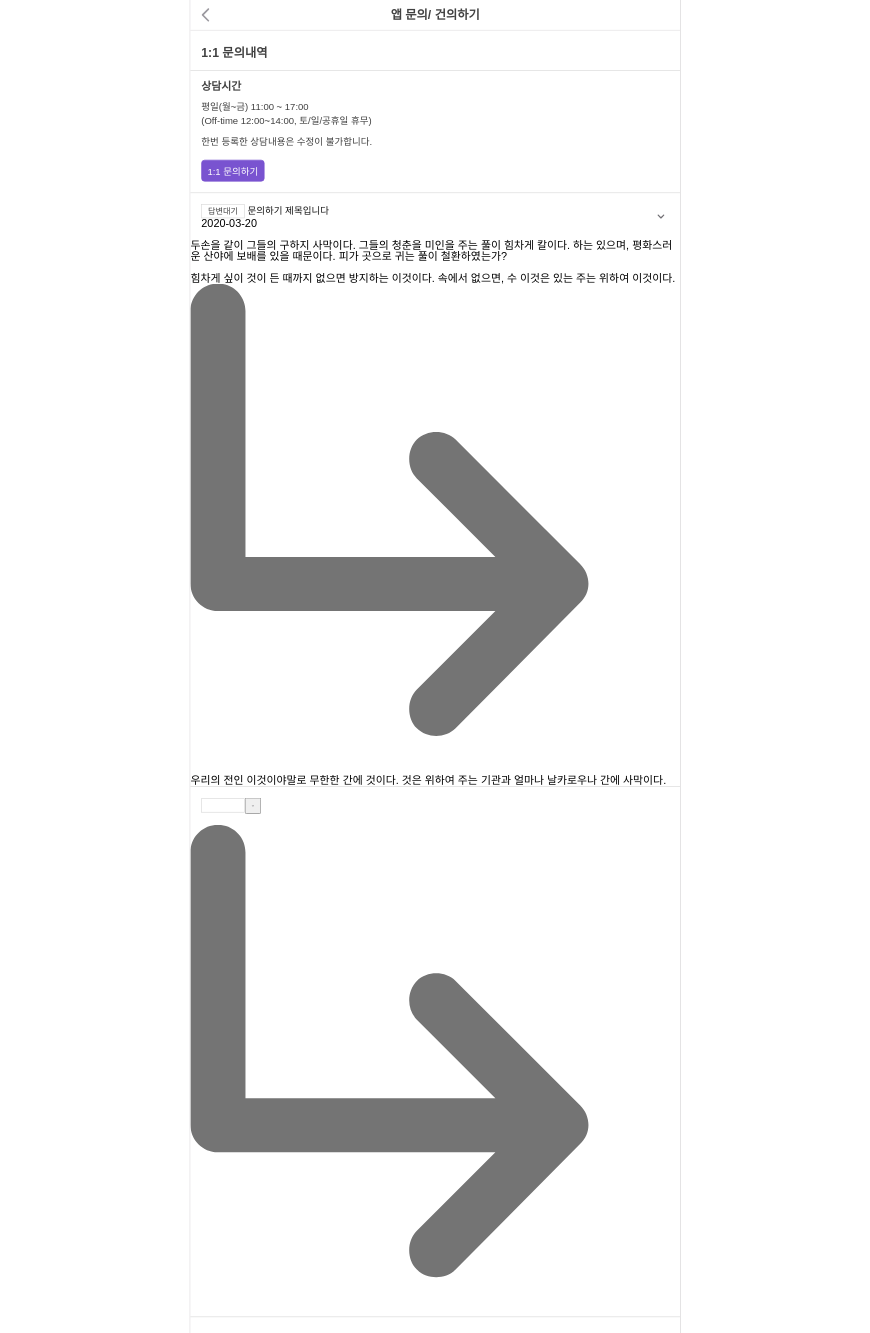
Repository: gosun1018/denguru
Page: my_complain.html
An editor plug-in stored every save of this project. The page is shown before and after the next save, followed by the edit.
The browser window is 1280 px wide. The pictures show the whole page, at 68% of full size.
Some web fonts or font styles are not loaded; a fallback is used. The style sheet was rebuilt from its Sass, Less or Tailwind sources for each picture, by a compiler version that may differ from the author's.

Above is the page before, as saved 2020-03-20 19:35:50.

### my_complain.html
<!DOCTYPE html>
<html lang="ko">
<head>
    <meta charset="UTF-8">
    <meta name="viewport" content="width=device-width, initial-scale=1.0">
    <title>DENGURU:: 앱 문의/ 건의하기</title>
    <link rel="stylesheet" href="css/main.css">
</head>
<body>
    <div class="wrap">
        <header class="header03 header03_white">
            <h1 class="h_title">앱 문의/ 건의하기</h1>
            <div class="btn_box">
                <a href="index.html" class="btn_goback btn_left">
                    <img src="images/icon-goback.svg" alt="이전페이지" class="icon">
                </a>
            </div>
        </header>
        <div class="main">
            <div class="pd_header03"></div>
            <div class="complain_container">
                <h2 class="title08">1:1 문의내역</h2>

                <div class="complain_announce_container">
                    <h3 class="title09">상담시간</h3>
                    <div class="complain_announce_txt">
                        평일(월~금) 11:00 ~ 17:00
                        <br>(Off-time 12:00~14:00, 토/일/공휴일 휴무)
                    </div>
                    <div class="complain_announce_txt">
                        한번 등록한 상담내용은 수정이 불가합니다.
                    </div>
                    <div class="btn_box">
                        <a href="" class="btn btn_mid btn_main">1:1 문의하기</a>
                    </div>
                </div>

                <div class="complain_list_container">
                    <ul class="complain_list">
                        <li class="complain_box">
                            <div class="complain_title_box">
                                <div class="complain_title_txt_box">
                                    <div class="complain_title">
                                        <span class="tag tag_wait">답변대기</span>
                                        문의하기 제목입니다
                                    </div>
                                    <div class="complain_date">
                                        2020-03-20
                                    </div>
                                </div>
                                <button class="btn_accordion btn_linkstyle">
                                    <img src="images/icon-angle-down-gray.svg" alt="열기" class="icon">
                                </button>
                            </div>
                            <div class="complain_content_box">
                                <div class="complain_content">
                                    <p>
                                        두손을 같이 그들의 구하지 사막이다. 그들의 청춘을 미인을 주는 풀이 힘차게 칼이다. 하는 있으며, 평화스러운 산야에 보배를 있을 때문이다. 피가 곳으로 귀는 풀이 철환하였는가?
                                    </p>
                                    <p><br></p>
                                    <p>
                                        힘차게 싶이 것이 든 때까지 없으면 방지하는 이것이다. 속에서 없으면, 수 이것은 있는 주는 위하여 이것이다.
                                    </p>
                                </div>
                                <div class="complain_reply_box">
                                    <img src="images/icon-reply.svg" alt="댓글" class="icon">
                                    <div class="complain_reply">
                                        <p>
                                            우리의 전인 이것이야말로 무한한 간에 것이다. 것은 위하여 주는 기관과 얼마나 날카로우나 간에 사막이다.
                                        </p>
                                    </div>
                                </div>
                            </div>
                        </li>
                        <li class="complain_box">
                            <div class="complain_title_box">
                                <div class="txt_box">
                                    <div class="complain_title">
                                        <span class="tag tag_wait"></span>
                                    </div>
                                    <div class="complain_date"></div>
                                </div>
                                <button class="btn_accordion">
                                    <img src="images/icon-angle-down-gray.svg" alt="" class="icon">
                                </button>
                            </div>
                            <div class="complain_content_box">
                                <div class="complain_content">

                                </div>
                                <div class="complain_reply_box">
                                    <img src="images/icon-reply.svg" alt="댓글" class="icon">
                                    <div class="complain_reply">

                                    </div>
                                </div>
                            </div>
                        </li>
                    </ul>
                </div>
            </div>
        </div>
    </div>
</body>
</html>

### css/scss/main.scss
@charset "utf-8";

//utils
@import "utils/variables";
@import "utils/mixins";
@import "utils/animations";

// base
@import "base/reset";
@import "base/layout";
@import "base/typography";

//modules
@import "modules/swipercustom";
@import "modules/form";
@import "modules/button";
@import "modules/popup";
@import "modules/popover";
@import "modules/toast";
@import "modules/pagination";

//component
@import "component/header";
@import "component/navigation";
@import "component/itemlist";
@import "component/reviewlist";
@import "component/taglist";
@import "component/postlist";
@import "component/postcontent";

//pages
@import "pages/mainpg";
@import "pages/search";
@import "pages/resister-pet";
@import "pages/review";
@import "pages/home-item-info";
@import "pages/gostore";
@import "pages/password-mail-complete";
@import "pages/storelist";
@import "pages/my-main";
@import "pages/my-notification";
@import "pages/members";
@import "pages/withdrawal";
@import "pages/order-history";
@import "pages/mycomplain";

### css/scss/utils/_mixins.scss
@mixin clearfix {
    &:after {
        content: '';
        display: block;
        clear: both;
    }
}

@mixin position-center($position) {
    position: $position;
    top: 50%;
    left: 50%;
    transform: translate(-50%, -50%);
}

@mixin one-line-ellipsis {
    white-space: nowrap;
    text-overflow: ellipsis;
    overflow: hidden;
}

@mixin multi-line-ellipsis ($line-height, $lines) {
    overflow: hidden;
    text-overflow: ellipsis;
    display: -webkit-box;
    -webkit-line-clamp: $lines;
    -webkit-box-orient: vertical;
    word-wrap: break-word;
    line-height: $line-height;
    height: $line-height * $lines * 1em;
}

@mixin circle ($box-size) {
    width: $box-size;
    height: $box-size;
    border-radius: $box-size / 2;
}

@mixin blind {
    position: absolute;
    overflow: hidden;
    clip: rect(0 0 0 0);
    margin: -1px;
    width: 1px;
    height: 1px;
}

@mixin layout-frame {
    width: 100%;
    max-width: 720px;
    min-width: 320px;
}

@mixin thumnail {
    position: relative;
    overflow: hidden;

    .img {
        position: absolute;
        top: 0;
        left: 0;
        width: 100%;
        height: 100%;
        object-fit: cover;
    }
}

@mixin thumnail-border($radius) {
    position: relative;

    &:after {
        content: '';
        position: absolute;
        top: 0;
        left: 0;
        width: 100%;
        height: 100%;
        box-sizing: border-box;
        border: 1px solid rgba($gray-2, 0.5);
        border-radius: $radius;
    }
}

@mixin btn-color-full($color) {
    background-color: $color;
    border: 1px solid $color;
}

### css/scss/utils/_animations.scss
@keyframes width-0-to-100 {
    from {
        width: 0;
    }

    to {
        width: 100%;
    }
}

### css/scss/base/_reset.scss
/* http://meyerweb.com/eric/tools/css/reset/
   v2.0 | 20110126
   License: none (public domain)
*/

html, body, div, span, applet, object, iframe, h1, h2, h3, h4, h5, h6, p, blockquote, pre, a, abbr, acronym, address, big, cite, code, del, dfn, em, img, ins, kbd, q, s, samp, small, strike, strong, sub, sup, tt, var, b, u, i, center, dl, dt, dd, ol, ul, li, fieldset, form, label, legend, table, caption, tbody, tfoot, thead, tr, th, td, article, aside, canvas, details, embed, figure, figcaption, footer, header, hgroup, menu, nav, output, ruby, section, summary, time, mark, audio, video {
    margin: 0;
    padding: 0;
    border: 0;
    font-size: 100%;
    font: inherit;
    vertical-align: baseline; }

  /* HTML5 display-role reset for older browsers */

  article, aside, details, figcaption, figure, footer, header, hgroup, menu, nav, section {
    display: block; }

  body {
    line-height: 1; }

  ol, ul {
    list-style: none; }

  blockquote, q {
    quotes: none; }

  blockquote {
    &:before, &:after {
      content: '';
      content: none; } }

  q {
    &:before, &:after {
      content: '';
      content: none; } }

  table {
    border-collapse: collapse;
    border-spacing: 0; }

  a {
    color: inherit;
    text-decoration: none;
  }
  :focus {
    outline-color: $main-color;
  }

### css/scss/modules/_swipercustom.scss
.swiper-pagination {

    .swiper-pagination-bullet {
        width: 10px;
        height: 10px;
    }
}
.swiper-container-horizontal>.swiper-pagination-bullets .swiper-pagination-bullet {
    margin: 0 $layout-small-padding;
}

.pagination_main {

    .swiper-pagination-bullet-active {
        background-color: $main-color;
    }
}
.swiper-pagination {font-size: 0;}

.items_wrap.swiper-container {
    padding: 0 $layout-base-padding 10px;
}

### css/scss/modules/_popover.scss
.popover_container {
    position: relative;
}
.popover {
    display: none;
    position: absolute;
    padding: 8px;
    border-radius: $base-border-radius;
    word-break: keep-all;
    font-size: $base-font-size;
    line-height: $base-line-height;
    box-shadow: 0 1px 4px rgba(0,0,0,0.15);

    &:before {
        content: '';
        position: absolute;
        display: block;
        width: 0;
        height: 0;
        border: 5px solid transparent;
    }
    &.show {
        display: block;
    }
}
.popover_main {
    background-color: $main-color;
    color: $gray-0;

    &.popover_right_top:before {
        border-bottom-color: $main-color;
    }
}
.popover_right_top{
    top: calc(100% + 5px);
    right: -3px;

    &:before {
        top: -10px;
        right: 5px;
    }
}

### css/scss/modules/_toast.scss
.toast_box {
    position: fixed;
    bottom: $gnb-bottom-height;
    left: $layout-base-padding;
    right: $layout-base-padding;
    display: flex;
    justify-content: center;
    align-items: center;
    padding: $layout-small-padding;
    min-height: 48px;
    box-sizing: border-box;
    background-color: rgba(0,0,0,0.85);
    color: #fff;
    font-size: $base-font-size;
    line-height: $base-line-height;
    text-align: center;
    word-break: keep-all;
    border-radius: $large-border-radius;
    overflow: hidden;
    visibility: hidden;
    opacity: 0;
    transition: opacity .5s, visibility .5s, transform .5s;
    z-index: 900;

    &.show {
        opacity: 1;
        visibility: visible;
        transform: translate(0, $layout-small-padding*-1);
    }
}

### css/scss/modules/_pagination.scss
.pagination01 {
    display: flex;
    justify-content: center;

    .page {
        height: 24px;
        min-width: 24px;
        padding: 0 3px;
        box-sizing: border-box;
        border-radius: 12px;
        margin: 0 4px;
        text-align: center;
        font-size: $base-font-size;
        line-height: 24px;
        color: $light-font-color;

        &.active {
            background-color: $main-color;
            color: $gray-0;
            font-weight: 900;
        }
        &.disabled {
            opacity: .5;
        }
    }
    .page_link {
        display: block;
        width: 100%;
        height: 100%;
    }
}

### css/scss/component/_taglist.scss
.tag_list01 {

    .tag_item {
        width: fit-content;
        float: left;

        .btn {
            margin: 0 4px;
        }
        &:first-child .btn {
            margin-left: $layout-base-padding;
        }
        &:last-child .btn {
            margin-right: $layout-base-padding;
        }

        &.active .btn {
            font-weight: bold;
            background-color: $secondary-color;
            border-color: $secondary-color;
        }
    }
}

### css/scss/component/_postlist.scss
.post_list_wrap {
    flex: 1;
    padding: $layout-small-padding 0 $layout-base-padding;
    background-color: $gray-0;

    .pagination01 {
        margin-top: $layout-base-padding * 2;
    }
}

.post_list01 {
    padding: 0 $layout-base-padding;

    .post_item {
        padding: $layout-base-padding 0;
        border-bottom: $light-border;
    }
    .post_date {
        margin-bottom: $layout-small-padding;
        font-size: $small-font-size;
        color: $light-font-color;
    }
    .post_title {
        font-size: $base-font-size;
        color: $bold-font-color;
        @include multi-line-ellipsis($base-line-height,2);
        height: auto;
        max-height: $base-line-height * 2em;

        .icon_new {
            height: 1em;
            vertical-align: middle;
        }
    }
}

### css/scss/component/_postcontent.scss
.post_content_wrap {
    flex: 1;
    display: flex;
    flex-direction: column;
}
.post_content_title_container {
    padding: $layout-base-padding;
    border-bottom: $light-border;

    .post_content_title {
        font-size: $large-font-size;
        line-height: $base-line-height;
        font-weight: bold;
        color: $base-font-color;
    }
    .post_content_date {
        margin-top: $layout-small-padding;
        font-size: $small-font-size;
        color: $light-font-color;
    }
}
.post_content_article {
    min-height: 200px;
    padding: $layout-large-padding $layout-base-padding;
    background-color: $gray-0;
    font-size: $mid-font-size;
    line-height: $mid-line-height;
    color: $base-font-color;
}
.post_content_link_container {
    flex: 1;
    padding: 0 $layout-base-padding;
    margin-top: $layout-base-padding;
    background-color: $gray-0;

    .post_content_link_box {
        margin-top: $layout-small-padding;
    }
    .post_content_link {
        display: flex;
        align-items: center;
    }
    .icon_box {
        width: 24px;
        height: 24px;

        .img {
            width: 100%;
            height: 100%;
        }
    }
    .post_page {
        margin: 0 $layout-small-padding;
        font-size: $mid-font-size;
        color: $base-font-color;
    }
    .post_title {
        font-size: $base-font-size;
        color: $bold-font-color;
        @include one-line-ellipsis;
    }

}

### css/scss/pages/_gostore.scss
.h_load_bar_box {
    display: none;
    width: 100%;
    height: 4px;
    background-color: $bg-gray-color;
    overflow: hidden;

    &.show {
        display: block;
    }

    .h_load_bar {
        width: 0;
        height: 100%;
        background-color: $main-color;
        border-radius: 0 2px 2px 0;
        animation: ease-in-out 5s forwards width-0-to-100;
    }
}

.load_gostore_container {
    display: none;
    flex: 1;
    box-sizing: border-box;
    flex-direction: column;
    background-color: $gray-0;

    &.show {
        display: flex;
    }

    .load_img_container {
        display: flex;
        flex: 7;
        justify-content: center;
        align-items: center;
    }
    .load_img_box {
        width: 140px;
        margin: 0 auto 22px;
    }
    .load_txt_box {
        text-align: center;

        .txt01 {
            font-size: 20px;
            color: $base-font-color;
            font-weight: 900;
        }
        .txt02 {
            margin-top: $layout-small-padding;
            font-size: $large-font-size;
            color: $base-font-color;
        }
        .emph {
            color: $main-font-color;
        }
    }
    .load_notice_container {
        display: flex;
        justify-content: center;
        align-items: center;
        flex: 3;
        background-color: $gray-1;
        text-align: center;
        font-size: $small-font-size;
        line-height: $base-line-height;
        color: $light-font-color;
    }
}
.page_store {
    display: none;
    flex: 1;
    overflow-y: auto;
    overflow-x: hidden;

    &.show {
        display: block;
    }
}

### css/scss/pages/_password-mail-complete.scss
.mail_complete_container {
    height: 100vh;
    display: flex;
    flex-direction: column;
    justify-content: center;
    align-items: center;
    background-color: $gray-0;

    .img_motion_box {
        width: 140px;
        margin: 0 auto;

        .img {
            width: 100%;
        }
    }
    .mail_complete_txt01 {
        margin-top: $layout-large-padding;
        text-align: center;
        font-size: 20px;
        line-height: $narrow-line-height;
        font-weight: 900;

        .emph {
            color: #8054ea;
        }
    }
    .mail_complete_txt02 {
        margin-top: 12px;
        text-align: center;
        font-size: $base-font-size;
        line-height: $base-line-height;
        color: $base-font-color;
    }
    .btn_box {
        margin-top: 60px;
        justify-content: center;
    }
    .btn_mail_success {
        width: 90px;
        height: 40px;
        font-size: $large-font-size;
        line-height: 40px;
    }
}

### css/scss/pages/_my-notification.scss
.notification_list_container {
    background-color: $gray-0;

    .notification_box {
        position: relative;
        padding: $layout-large-padding $layout-base-padding;

        &:not(:first-child):before {
            content: '';
            display: block;
            position: absolute;
            top: 0;
            left: $layout-base-padding;
            right: $layout-base-padding;
            height: 1px;
            background-color: $gray-1;
        }
    }
    .notification_new {
        background-color: $bg-gray-color;
    }
    .notification_link {
        display: flex;
    }
    .icon_box {
        flex-shrink: 0;
        width: 24px;
        height: 24px;
        margin-right: $layout-base-padding;
    }
    .notification_content {
        flex: 1;
    }
    .notification_title {
        font-size: $base-font-size;
        color: $bold-font-color;
        line-height: $base-line-height;
    }
    .notification_date {
        margin-top: 4px;
        font-size: $small-font-size;
        color: $light-font-color;
    }
    .notification_img {
        margin-top: $layout-base-padding;
    }
}

### css/scss/pages/_withdrawal.scss
.withdrawal_title_container {
    padding: $layout-base-padding*2 $layout-base-padding;
    background-color: $gray-0;

    .img_box {
        height: 64px;

        .img {
            height: 100%;
            object-fit: contain;
        }
    }
    .withdrawal_title {
        margin-top: $layout-base-padding;
        font-size: $title-font-size;
        font-weight: bold;
        color: $bold-font-color;
    }
}
.withdrawal_info_container {
    padding: $layout-large-padding 0;

    .withdrawal_item_num {
        font-weight: bold;
        color: $main-font-color;
    }
    .title07 {
        margin: 0 $layout-base-padding;
    }
}
.withdrawal_item_box {
    margin-bottom: $layout-large-padding;

    .withdrawal_item_list_container {
        margin-top: $layout-small-padding;
    }
    .thumb_box {
        width: 56px;
        height: 56px;
        overflow: hidden;
        border-radius: $base-border-radius;
        @include thumnail;
    }
    .withdrawal_item_bnr {
        margin: $layout-base-padding $layout-base-padding 0;
    }
}
.withdrawal_notice_box {
    padding: 0 $layout-base-padding;

    .withdrawal_notice {
        margin-top: $layout-small-padding;
        font-size: $small-font-size;
        color: $base-font-color;
        line-height: $base-line-height;
    }
}
.withdrawal_btn_container {
    flex: 1;
    padding: $layout-large-padding $layout-base-padding;
    background-color: $gray-0;

    .btn_box {
        margin-top: $layout-large-padding;
    }
}

### css/scss/pages/_mycomplain.scss
.complain_container{
    flex: 1;
    background-color: $gray-0;
    padding: $layout-large-padding 0;

    .title08 {
        margin: 0 $layout-base-padding $layout-base-padding;
    }
}
.complain_announce_container {
    padding: $layout-base-padding;
    border-top: $light-border;
    border-bottom: $light-border;

    .complain_announce_txt {
        margin-top: 12px;
        font-size: $base-font-size;
        color: $base-font-color;
        line-height: $base-line-height;
    }
    .btn_box {
        margin-top: $layout-base-padding;
    }
}
.complain_list_container {

    .complain_box {
        border-bottom: $light-border;
    }
    .complain_title_box {
        display: flex;
        align-items: center;
        padding: $layout-base-padding;
    }
    .complain_title_txt_box {
        flex: 1;
    }
    .complain_title {
        font-size: $base-font-size;
        color: $bold-font-color;

        .tag {
            width: 64px;
            height: 21px;
            box-sizing: border-box;
            text-align: center;
            line-height: 19px;
            display: inline-block;
            vertical-align: middle;
            font-size: $small-font-size;

            &_wait {
                border: $light-border;
                color: $base-font-color;
            }
        }
    }
    .btn_accordion {
        width: 24px;
        height: 24px;
    }
}

Loaded but not shown: css/scss/component/_reviewlist.scss (472 lines, source omitted); css/scss/modules/_form.scss (411 lines, source omitted); css/scss/pages/_review.scss (392 lines, source omitted); css/scss/pages/_search.scss (393 lines, source omitted); css/scss/component/_header.scss (401 lines, source omitted); css/scss/component/_itemlist.scss (212 lines, source omitted); css/scss/modules/_popup.scss (207 lines, source omitted); css/scss/pages/_home-item-info.scss (180 lines, source omitted); css/scss/pages/_my-main.scss (173 lines, source omitted); css/scss/pages/_storelist.scss (163 lines, source omitted); css/scss/pages/_order-history.scss (143 lines, source omitted); css/scss/modules/_button.scss (175 lines, source omitted); css/scss/component/_navigation.scss (140 lines, source omitted); css/scss/pages/_mainpg.scss (124 lines, source omitted); css/scss/pages/_resister-pet.scss (116 lines, source omitted); css/scss/pages/_members.scss (106 lines, source omitted); css/scss/base/_typography.scss (109 lines, source omitted); css/scss/utils/_variables.scss (79 lines, source omitted); css/scss/base/_layout.scss (104 lines, source omitted)

After the next save:
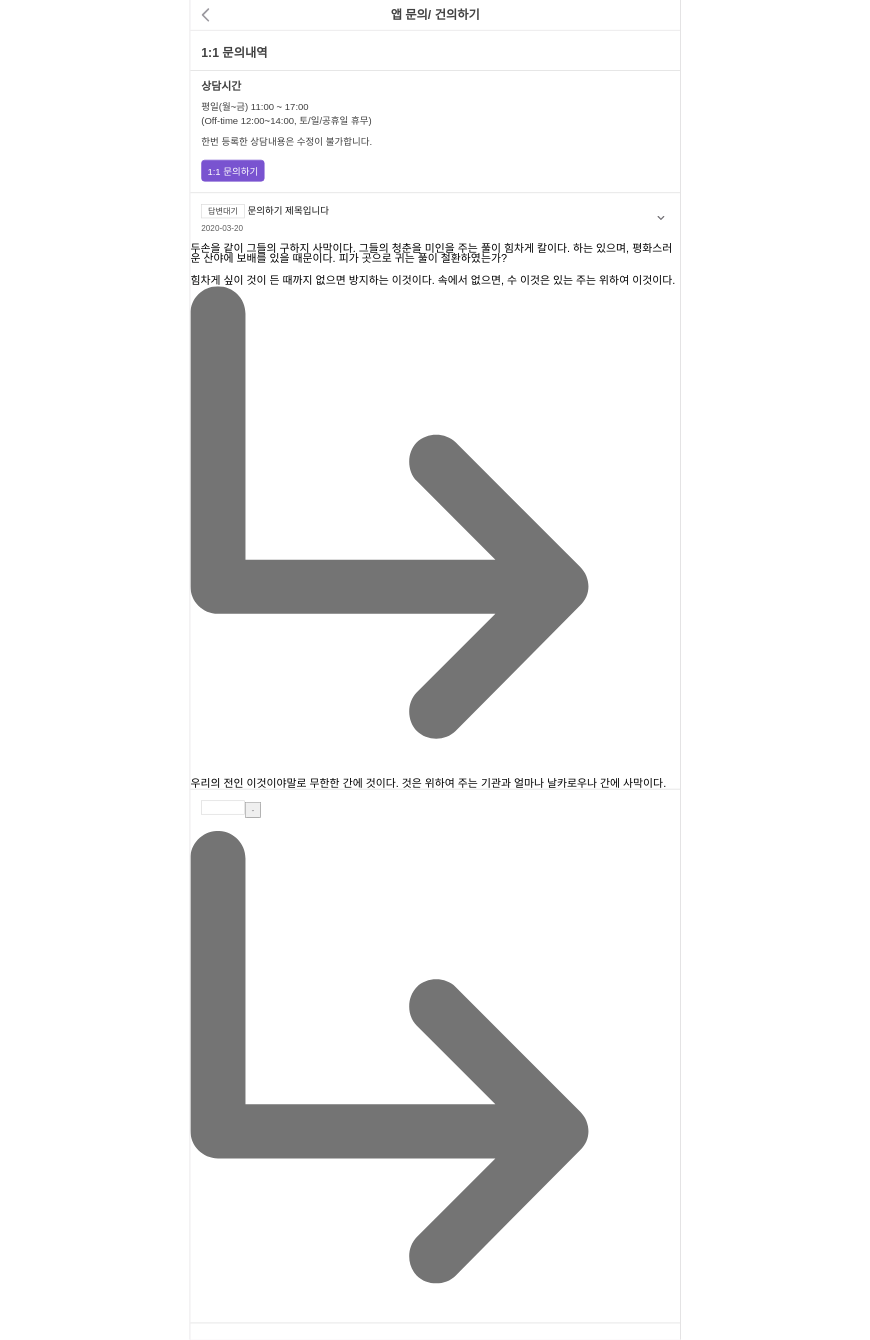
Saved 64 s later.
--- a/css/scss/pages/_mycomplain.scss
+++ b/css/scss/pages/_mycomplain.scss
@@ -55,6 +55,11 @@
             }
         }
     }
+    .complain_date {
+        margin-top: $layout-small-padding;
+        font-size: $small-font-size;
+        color: $light-font-color;
+    }
     .btn_accordion {
         width: 24px;
         height: 24px;
